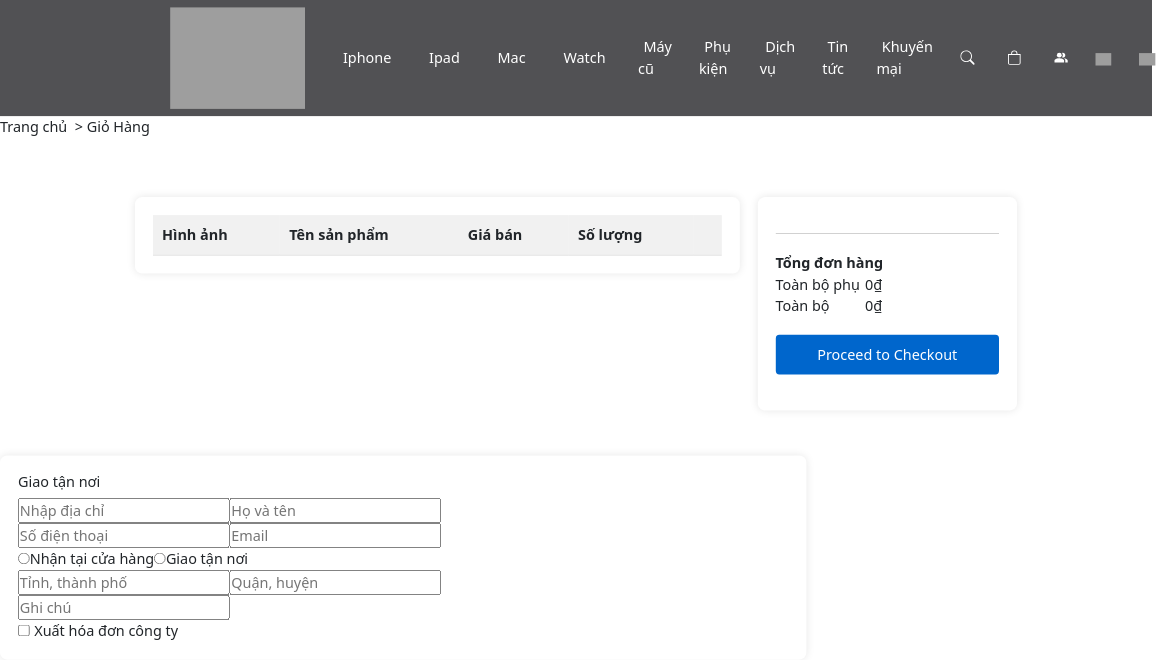
Repository: 20092004nam2k4/FE-ShopDunk
Page: /cart
These files come from the project's save history. The page is drawn as it stood at one moment and after the next save; the edit follows.
The browser window is 1280 px wide. The page is 1299 px wide, so the pictures cover 1299 px, including what lies to the right of the window. The pictures show the whole page, at 90% of full size.
Pictures or frames that could not be fetched are drawn as grey boxes. The page's requests for data from a server got no answer. The project was rebuilt for these pictures with package versions that can differ from the ones it lists, and the page was loaded fresh each time. No one was signed in, and anything a server would have sent is missing. Also part of the build but not shown: src/component/common/SlideImage.css, src/component/common/SlideImage.js, src/component/product/ProductCart.css, src/component/product/ProductList.js, src/component/product/ProductDetail.css, src/component/product/ProductDetail.js, src/component/user/LoginUser.js, src/component/user/UserProfile.js and 3 more.

Above is the page before, as saved 2024-06-10 12:36:57.

### src/App.js
import React from "react";
import { BrowserRouter as Router, Route, Routes } from "react-router-dom";
import Navbar from "./component/common/Navbar";
import SlideImage from "./component/common/SlideImage";
import ProductList from "./component/product/ProductList";
import CartPage from "./component/cart/CartPage";
import ProductDetail from "./component/product/ProductDetail";
import LoginUser from "./component/user/LoginUser";
import UserProfile from "./component/user/UserProfile";
import { AuthProvider } from "./context/AuthContext";
import RegisterUser from "./component/user/UserRegister";
import CategoryProducts from "./component/product/CategoryProducts"; // Import the new component

function App() {
  return (
    <AuthProvider>
      <Router>
        <div className="App">
          <Navbar />
          <Routes>
            <Route
              path="/"
              element={
                <>
                  <SlideImage />
                  <ProductList />
                </>
              }
            />
            <Route path="/cart" element={<CartPage />} />
            <Route path="/product/:id" element={<ProductDetail />} />
            <Route path="/register" element={<RegisterUser />} />
            <Route path="/login" element={<LoginUser />} />
            <Route path="/profile" element={<UserProfile />} />
            <Route
              path="/category/:categoryId"
              element={<CategoryProducts />}
            />{" "}
            {/* Add this line */}
          </Routes>
        </div>
      </Router>
    </AuthProvider>
  );
}

export default App;

### src/component/common/Navbar.js
import React, { useContext, useState } from "react";
import "./Navbar.css";
import { BsBag } from "react-icons/bs";
import { MdPeopleAlt } from "react-icons/md";
import { BsSearch } from "react-icons/bs";
import { Link, useNavigate } from "react-router-dom";
import { AuthContext } from "../../context/AuthContext";
import Menu from "@mui/material/Menu";
import MenuItem from "@mui/material/MenuItem";

const Navbar = () => {
  const { isLoggedIn, user, logout } = useContext(AuthContext);
  const [showDropdown, setShowDropdown] = useState(false);
  const navigate = useNavigate();

  const handleIconClick = () => {
    if (isLoggedIn) {
      setShowDropdown(!showDropdown);
    } else {
      navigate("/login");
    }
  };

  const handleLogout = () => {
    logout();
    navigate("/");
  };

  const [anchorEl, setAnchorEl] = React.useState(null);
  const open = Boolean(anchorEl);
  const handleClick = (event) => {
    setAnchorEl(event.currentTarget);
  };
  const handleClose = () => {
    setAnchorEl(null);
  };
  return (
    <div className="navbar-center">
      <nav className="navbar">
        <ul className="navbar-links">
          <li>
            <Link to="/">
              <img
                className="imageIcon"
                src="https://shopdunk.com/images/thumbs/0012445_Logo_ShopDunk.png"
                alt="ShopDunk Logo"
              />
            </Link>
          </li>
          <li>
            <a href="#iphone">Iphone</a>
          </li>
          <li>
            <a href="#ipad">Ipad</a>
          </li>
          <li>
            <a href="#mac">Mac</a>
          </li>
          <li>
            <a href="#watch">Watch</a>
          </li>
          <li>
            <a href="#maycu">Máy cũ</a>
          </li>
          <li>
            <a href="#phukien">Phụ kiện</a>
          </li>
          <li>
            <a href="#dichvu">Dịch vụ</a>
          </li>
          <li>
            <a href="#tintuc">Tin tức</a>
          </li>
          <li>
            <a href="#khuyenmai">Khuyến mại</a>
          </li>
          <li>
            <BsSearch className="icon-search" />
          </li>
          <li>
            <Link to="/cart">
              <BsBag className="icon-bag" />
            </Link>
          </li>
          <li onClick={handleIconClick}>
            <MdPeopleAlt
              id="basic-button"
              aria-controls={open ? "basic-menu" : undefined}
              aria-haspopup="true"
              aria-expanded={open ? "true" : undefined}
              onClick={handleClick}
              className="icon-people"
            />
            {isLoggedIn && showDropdown && (
              // <div className="dropdown active">
              //   <ul>
              //     <li onClick={() => navigate("/profile")}>Profile</li>
              //     <li onClick={handleLogout}>Logout</li>
              //   </ul>
              // </div>
              <Menu
                id="basic-menu"
                anchorEl={anchorEl}
                open={open}
                onClose={handleClose}
                MenuListProps={{
                  "aria-labelledby": "basic-button",
                }}
              >
                <MenuItem onClick={() => navigate("/profile")}>
                  Tài khoản của tôi
                </MenuItem>
                <MenuItem onClick={handleLogout}>Đăng xuất</MenuItem>
              </Menu>
            )}
          </li>
          <li>
            <img
              className="imageIconVN"
              src="https://shopdunk.com/images/flags/vn.png"
              alt="Vietnam Flag"
            />
          </li>
          <li>
            <img
              className="imageIconVN"
              src="https://shopdunk.com/images/flags/us.png"
              alt="US Flag"
            />
          </li>
        </ul>
      </nav>
    </div>
  );
};

export default Navbar;

### src/context/AuthContext.js
import React, { createContext, useState, useEffect } from "react";

export const AuthContext = createContext();

export const AuthProvider = ({ children }) => {
  const [isLoggedIn, setIsLoggedIn] = useState(false);
  const [user, setUser] = useState(null);

  useEffect(() => {
    const storedUser = localStorage.getItem("user");
    if (storedUser) {
      setIsLoggedIn(true);
      setUser(JSON.parse(storedUser));
    }
  }, []);

  const login = (userData) => {
    setIsLoggedIn(true);
    setUser(userData);
    localStorage.setItem("user", JSON.stringify(userData));
  };

  const logout = () => {
    setIsLoggedIn(false);
    setUser(null);
    localStorage.removeItem("user");
  };

  return (
    <AuthContext.Provider value={{ isLoggedIn, user, login, logout }}>
      {children}
    </AuthContext.Provider>
  );
};

### src/component/common/Navbar.css
.navbar {
  background-color: #515154;
  padding: 10px;

}

.navbar-links {
  list-style: none;
  display: flex;
  justify-content: center;
  margin: 0;
  padding: 0;
  padding-left: 168px;
  align-items: center;
}

.navbar-links li {
  margin: 0 15px;
}

.navbar-links a {
  color: white;
  text-decoration: none;
  padding: 10px 6px 25px;
  transition: background-color 0.3s;
}

/* .navbar-links a:hover {
  background-color: #575757;
} */
.imageIcon{
  width: 150px;
}
.icon-bag{
  color: white;
  height: 38px;

}
.icon-people{
  color: white;
  height: 38px;

}
.icon-search{
color: white;
height: 38px;
}
.imageIconVN{
  height: 14px;

}
.navbar-links li a {
color: #fff;
text-decoration: none;
transition: color 0.3s ease; }

.navbar-links li a:hover {
color: #fff;
}

### src/component/cart/CartPage.css
/* General styles for the cart page */
.tong {
    display: flex;
    justify-content: center;
    align-items: flex-start;
    padding: 50px;
    gap: 20px; /* Add gap between left and right sections */
    margin: 0 100px; /* Adjust left and right margins to 100px */
    max-width: 1400px; /* Set a maximum width for the container */
}

.left {
    width: 70%; /* Increase width to 70% */
    background-color: #fff; /* Add background color for clarity */
    padding: 20px; /* Add padding for spacing */
    box-shadow: 0 0 10px rgba(0, 0, 0, 0.1); /* Add box shadow for aesthetics */
    border-radius: 8px; /* Add border radius for rounded corners */
}

.right {
    width: 30%; /* Adjust width to 30% */
    background-color: #fff; /* Add background color for clarity */
    padding: 20px; /* Add padding for spacing */
    box-shadow: 0 0 10px rgba(0, 0, 0, 0.1); /* Add box shadow for aesthetics */
    border-radius: 8px; /* Add border radius for rounded corners */
}

.table-wrapper {
    overflow-x: auto;
    margin-bottom: 20px;
}

.cart {
    width: 100%;
    border-collapse: collapse;
}

.cart th,
.cart td {
    padding: 10px;
    text-align: left;
    border-bottom: 1px solid #ddd;
}

.cart th {
    background-color: #f1f1f1;
}

.cart img {
    max-width: 80px;
    height: auto;
}

.product-name {
    font-weight: bold;
    color: #333;
    text-decoration: none;
}

.product-name:hover {
    text-decoration: underline;
}

.attributes {
    font-size: 14px;
    color: #555;
}

.edit-item a {
    font-size: 14px;
    color: #0066cc;
}

.unit-price,
.subtotal {
    font-weight: bold;
    color: #333;
}

.qty-input {
    width: 40px;
    text-align: center;
    border: 1px solid #ddd;
    padding: 5px;
    margin: 0 5px;
}

.remove-btn {
    background: none;
    border: none;
    color: red;
    cursor: pointer;
}

.cart-options {
    margin-top: 20px;
}

.button {
    padding-top: 10px;
    display: inline-flex;
    float: right;
}

.common-buttons .button-2 {
    background-color: #5f5c5c;
    color: white;
    border: none;
    padding: 10px 20px;
    cursor: pointer;
    margin-right: 10px;
    border-radius: 5px;
}

.common-buttons .button-2:hover {
    background-color: #005bb5;
}

.footerMain {
    padding: 40px 0;
}

.footerMain .text-uppercase {
    text-transform: uppercase;
}

.footerMain .fw-bold {
    font-weight: bold;
}

.footerMain p {
    margin: 0;
    padding: 5px 0;
}

.footerMain a {
    color: #ffffff;
    text-decoration: none;
}

.footerMain a:hover {
    text-decoration: underline;
}

/* Styles for deals section */
.deals {
    margin-bottom: 20px;
}

/* Styles for coupon box */
.coupon-box {
    border: 1px solid #ccc;
    padding: 15px;
    background-color: #f9f9f9;
    width: 100%; /* Adjust width to 100% */
    box-sizing: border-box; /* Ensure padding is included in width */
    border-radius: 8px; /* Add border radius for rounded corners */
    box-shadow: 0 2px 4px rgba(0, 0, 0, 0.1); /* Add subtle shadow */
    margin-bottom: 20px; /* Add space below the coupon box */
}

.title {
    font-weight: bold;
    font-size: 18px;
    color: #333;
    margin-bottom: 10px; /* Add space below the title */
}

.hint {
    margin-top: 5px;
    color: #666;
    font-size: 14px;
}

/* Styles for coupon code input */
.coupon-code input {
    width: calc(100% - 20px); /* Adjust width to fit within the coupon box */
    margin-top: 10px;
    padding: 10px;
    border: 1px solid #ccc;
    border-radius: 4px; /* Add border radius */
    box-sizing: border-box; /* Ensure padding is included in width */
}

/* Styles for apply button */
.apply-discount-coupon-code-button {
    margin-top: 10px;
    padding: 10px;
    background-color: #0066CC;
    color: #fff;
    border: none;
    border-radius: 4px; /* Add border radius */
    cursor: pointer;
    width: 100%; /* Make button full-width */
}

.apply-discount-coupon-code-button:hover {
    background-color: #005bb5; /* Darken button color on hover */
}

/* Styles for totals section */
.totals {
    border-top: 1px solid #ccc;
    padding-top: 20px;
    margin-top: 20px;
}

/* Styles for total info */
.total-info {
    margin-bottom: 20px;
}

/* Styles for left side of total row */
.cart-total-left {
    padding-right: 10px;
    font-weight: bold;
}

/* Styles for total value */
.value-summary {
    font-weight: bold;
}

/* Styles for checkout buttons */
.checkout-buttons {
    margin-top: 20px;
}

/* Styles for checkout button */
.checkout-button {
    padding: 10px 20px;
    background-color: #0066CC;
    color: #fff;
    border: none;
    border-radius: 4px; /* Add border radius */
    cursor: pointer;
    width: 100%; /* Make button full-width */
    text-align: center; /* Center text */
}

.checkout-button:hover {
    background-color: #005bb5; /* Darken button color on hover */
}

/* Styles for note */
.note-ck {
    margin-top: 10px;
    font-size: 12px;
    color: red;
}
.remove-button {
    background: none;
    border: none;
    cursor: pointer;
    color: rgb(98, 97, 97); /* Customize as needed */
    font-size: 1.2em; /* Customize size as needed */
  }
  .tittle-header{
    margin-top: 20px;
    margin-left: 150px;
    background-color: #f1f1f1;
    margin-right: 200px;
    margin-bottom: -30px;
    padding-left: 15px;
  }

### src/component/user/Login.css
body {
    font-family: sans-serif;
    /* display: flex; */
    justify-content: center;
    align-items: center;
    min-height: 100vh;
    background-color: #f5f5f5;
  }
  .userName-login{
    margin-top: 25px;
  }



  .left-side {
    width: 50%;
    display: flex;
    justify-content: center;
    align-items: center;
    margin-top: 90px;
  }

  .right-side {
    width: 50%;
    padding: 20px;
    margin-top: 90px;
  }

  .left-side img {
    width: 100%;
    max-width: 600px;
    height: 350px;
  }

  h2 {
    margin-bottom: 20px;
  }

  input[type="text"],
  input[type="password"] {
    width: 100%;
    padding: 10px;
    margin-bottom: 15px;
    border: 1px solid #ddd;
    border-radius: 10px;
    box-sizing: border-box;
  }

  input[type="checkbox"] {
    margin-right: 5px;
  }

  button {
    background-color: #007bff;
    color: #fff;
    padding: 10px 20px;
    border: none;
    border-radius: 3px;
    cursor: pointer;
    width: 100%;
  }

  .link {
    display: block;
    text-align: center;
    margin-top: 15px;
    color: #007bff;
    text-decoration: none;
  }

  .footerMain{
margin-top: 200px;
  }
  .textFooter{
    padding-left: 200px !important;
  }
  .textToRegister{
    margin-top: 15px;
  }

### src/component/user/UserProfile.css
    /* Reset CSS */
    * {
        box-sizing: border-box;
        margin: 0;
        padding: 0;
    }

    body {
        font-family: Arial, Helvetica, sans-serif;
        background-color: #f5f5f7; /* Updated background color */
    }

    .page-container {
        padding: 20px;
        background-color: #f5f5f7; /* Background color for the page */
    }

    .container {
        display: flex;
        justify-content: space-between;
        margin: 30px auto;
        width: 80%;
        /* gap: 30px;  */
    }

    .navigation {
        width: 25%;
        background-color: #fff;
        padding: 20px;
        border-radius: 10px;
        border: 1px solid #ddd; /* Border for left div */
        box-shadow: 0 0 10px rgba(0, 0, 0, 0.1); /* Optional: for a subtle shadow effect */
        margin-left: 50px;
    }

    .navigation ul {
        padding-left: 0; /* Reset padding */
        list-style: none; /* Remove bullet points */
    }

    .navigation li {
        padding: 10px 0;
        border-bottom: 1px solid #ddd;
    }

    .navigation li:last-child {
        border-bottom: none;
    }

    .navigation li a {
        color: #333;
        text-decoration: none;
        display: flex;
        align-items: center;
    }

    .navigation li a i {
        margin-right: 10px;
        font-size: 1.2em;
    }

    .form {
        width: calc(70% - 100px); /* Reduced width by 100px */
        background-color: #fff;
        padding: 20px;
        border-radius: 10px;
        border: 1px solid #ddd; /* Border for right div */
        box-shadow: 0 0 10px rgba(0, 0, 0, 0.1); /* Optional: for a subtle shadow effect */
        display: flex;
        flex-direction: column;
        height: calc(100% + 70px); /* Increased height by 70px */
        margin-right: 90px;
    }

    .form-row {
        display: flex;
        justify-content: space-between;
        align-items: center;
        margin-bottom: 15px;
    }

    .form-row label {
        flex: 1;
    }

    .form-row input,
    .form-row select {
        flex: 2;
        padding: 10px;
        border: 1px solid #ddd;
        border-radius: 5px;
    }

    .form-row .input-group {
        display: flex;
        flex-direction: column;
        margin-bottom: 15px;
    }

    .form-row .input-group input {
        margin-top: 10px;
    }

    .input-email {
        padding-left: 20px;
    }

    .input-gender {
        display: flex;
        align-items: center;
        padding-left: 20px;
    }

    .input-gender > div {
        display: flex;
        align-items: center;
        margin-right: 20px;
    }

    .input-gender label {
        margin-left: 5px;
        margin-right: 15px; /* Adjust spacing between the labels and inputs */
    }

    .form-row.birthday-row {
        display: flex;
        justify-content: space-between;
        align-items: center;
        margin-bottom: 15px;
    }

    .form-row.birthday-row label {
        flex: 1;
    }

    .form-row.birthday-row select {
        flex: 1;
        padding: 10px;
        border: 1px solid #ddd;
        border-radius: 5px;
    }

    .form button {
        background-color: #0066cc;
        color: white;
        padding: 10px 20px;
        border: none;
        border-radius: 5px;
        cursor: pointer;
        width: 124px;
        height: 43px;
        margin: 0 auto; /* Add this line to center the button */
        margin-top: 10px;
    }

    .newsletter {
        text-align: center;
        margin-top: 50px;
    }

    .footerMain {
        text-align: center;
        background-color: #333;
        color: #fff;
        padding: 10px 0;
    }

    .newsletter .input-group {
        width: auto;
        display: inline-flex;
        border-radius: 20px;
        margin-top: 20px;
    }

    .newsletter .input-group .form-control {
        width: 500px;
        height: 50px;
        border-radius: 20px;
    }

    .newsletter .input-group .btn {
        width: 100px;
        background-color: #0066cc;
        color: white;
        border: none;
        border-radius: 20px;
        height: 50px;

    }

    .text-email {
        margin-top: 21px;
    }
    .radio-male{
        margin-left: -48px;

    }
    .text-user{
        margin-right: 580px;
        padding-top: 17px;
    }
    .text-male{
        padding-top: 9px;
    margin-right: 234px;
    }
    .text-female{
        padding-top: 8px;
    }
    .email-info{
        padding-top: 10px;
    }
    .email-text{
        margin-bottom: 24px;
    }

Loaded but not shown: public/index.html (common file); src/index.js (common file); src/component/cart/CartPage.js (242 lines, source omitted)

After the next save:
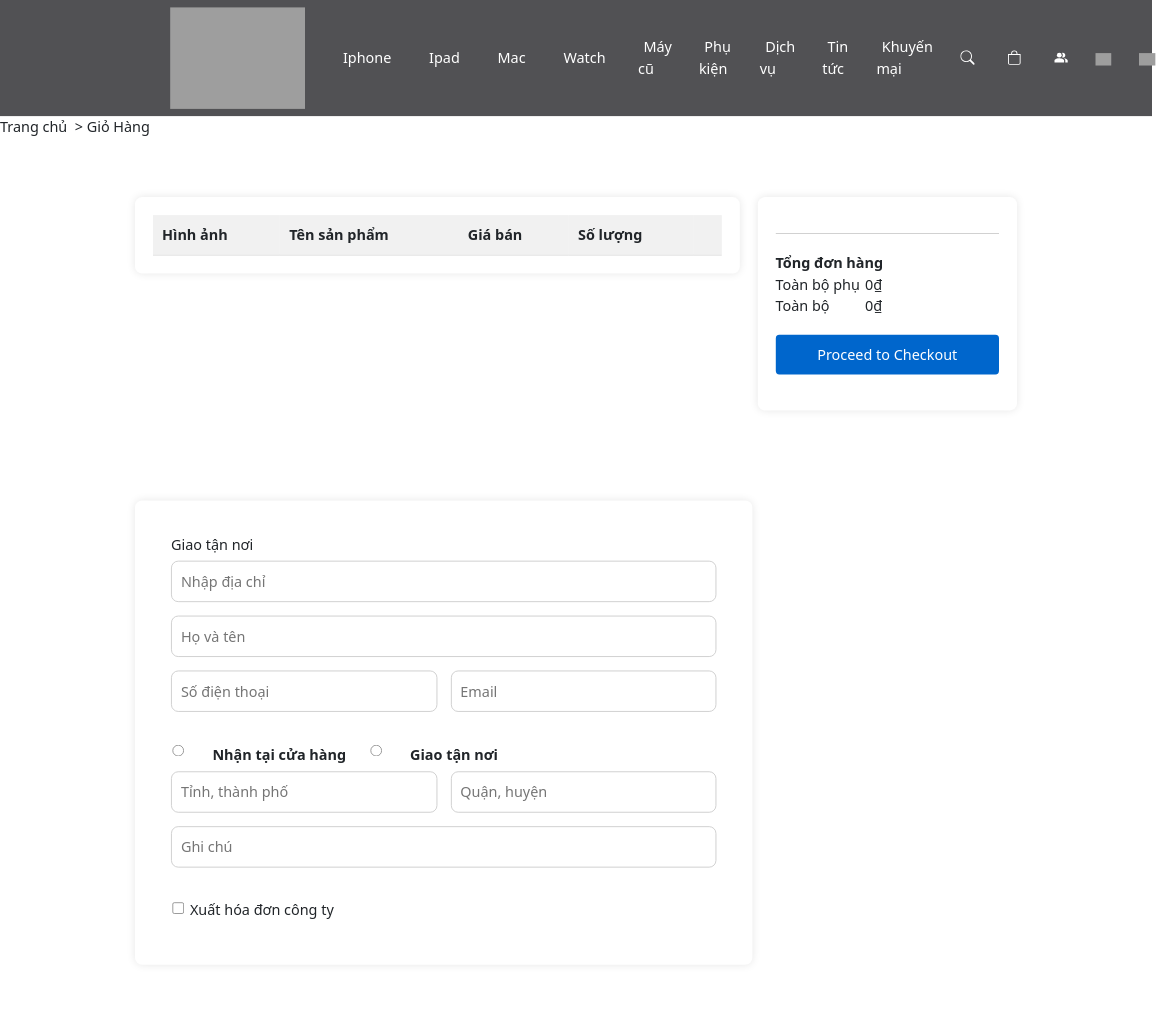
Saved 15 s later.
--- a/src/component/cart/CartPage.css
+++ b/src/component/cart/CartPage.css
@@ -263,3 +263,99 @@
     margin-bottom: -30px;
     padding-left: 15px;
   }
+  .enter-address {
+    padding: 20px;
+}
+.edit-address {
+    margin-top: 20px;
+}
+.edit-address input[type="text"],
+.edit-address select {
+    width: 100%;
+    padding: 10px;
+    margin-bottom: 10px;
+    border: 1px solid #ccc;
+    border-radius: 5px;
+}
+.edit-address label {
+    display: block;
+    margin-bottom: 5px;
+    font-weight: bold;
+}
+.edit-address input[type="radio"],
+.edit-address label {
+    margin-right: 10px;
+}
+.edit-address span {
+    display: block;
+    margin-top: 5px;
+    font-style: italic;
+}
+.bg-white {
+    background-color: #fff;
+}
+.left {
+    width: 70%; /* Increase width to 70% */
+    background-color: #fff; /* Add background color for clarity */
+    padding: 20px; /* Add padding for spacing */
+    box-shadow: 0 0 10px rgba(0, 0, 0, 0.1); /* Add box shadow for aesthetics */
+    border-radius: 8px; /* Add border radius for rounded corners */
+  }
+
+  .tong-bot {
+    display: flex;
+    align-items: flex-start;
+    padding: 50px;
+    gap: 20px; /* Add gap between left and right sections */
+    margin: 0 100px; /* Adjust left and right margins to 100px */
+    max-width: 1370px; /* Set a maximum width for the container */
+  }
+
+  .enter-address {
+    display: flex;
+    flex-direction: column;
+  }
+
+  .enter-address input,
+  .enter-address select {
+    width: 100%;
+    margin-bottom: 15px;
+    padding: 10px;
+    border: 1px solid #ccc;
+    border-radius: 8px;
+  }
+
+  .half-inputs {
+    display: flex;
+    gap: 15px;
+  }
+
+  .edit-address .delivery-method {
+    display: flex;
+    gap: 15px;
+  }
+
+  .edit-address input[type="checkbox"] {
+    transform: scale(0.8);
+    border-radius: 50%; /* Make the checkboxes round */
+    width: 16px; /* Adjust the width */
+    height: 16px; /* Adjust the height */
+  }
+  .edit-address input[type="radio"] {
+    transform: scale(0.8);
+    border-radius: 50%; /* Make the checkboxes round */
+    width: 16px; /* Adjust the width */
+    height: 16px; /* Adjust the height */
+  }
+
+  .edit-address .delivery-method input[type="checkbox"] {
+    vertical-align: middle; /* Align checkboxes vertically */
+  }
+  .edit-address .delivery-method input[type="radio"] {
+    vertical-align: middle; /* Align checkboxes vertically */
+  }
+
+  .edit-address .delivery-method label {
+    vertical-align: middle; /* Align labels vertically */
+    margin-left: 5px; /* Add space between checkbox and label */
+  }
